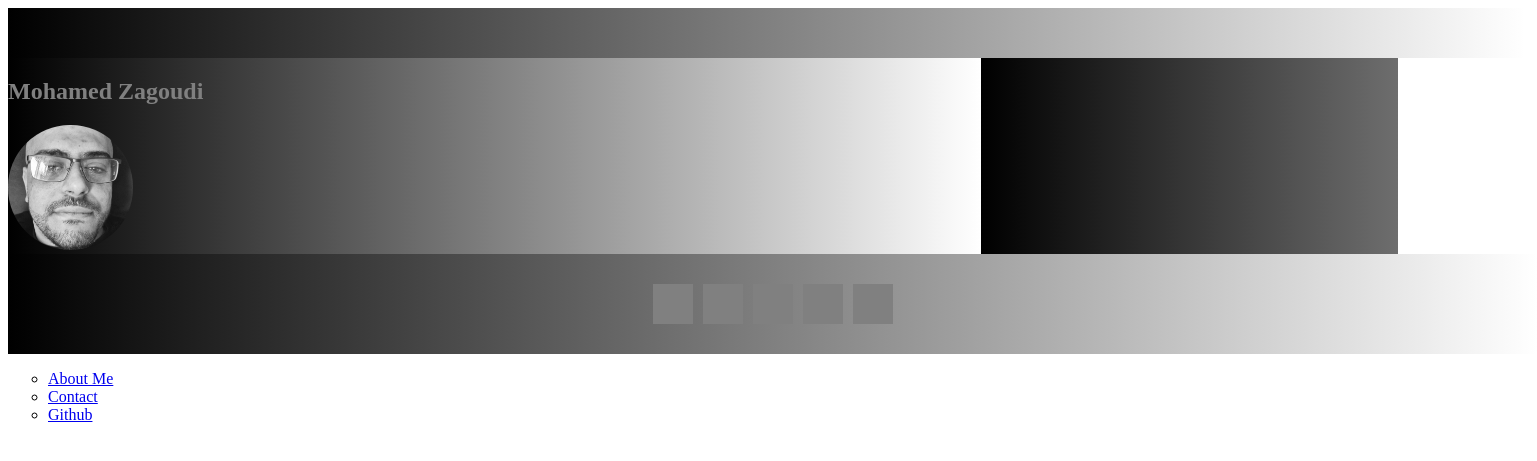
Repository: Mohzagou/Eersteportofolio
Page: index.html
An editor plug-in stored every save of this project. The page is shown before and after the next save, followed by the edit.
The browser window is 1280 px wide. The page is 1537 px wide, so the pictures cover 1537 px, including what lies to the right of the window. The pictures show the whole page.

Above is the page before, as saved 2022-06-07 22:47:25.

### index.html
<!DOCTYPE html>


<head>
    <link rel="stylesheet" href="styles.css" />
    <meta charset="UTF-8">

    <title>Document</title>
</head>

<body>

    <header></header>
    <div class="about-me">
        <h2 id="name">Mohamed Zagoudi</h2>
        <img class="avatar" src="images/67gwzvy.jpeg" alt="Mohamed Zagoudi headshot">


        <section>
            <div class="test"></div>
            <div class="test"></div>
            <div class="test"></div>
            <div class="test"></div>
            <div class="test"></div>
        </section>
        <footer>
            <ul style="list-style-type: circle ">
                <li><a href=" ">About Me</a></li>
                <li><a href=" ">Contact</a></li>
                <li><a href="https://github.com/Mohzagou ">Github</a></li>

            </ul>

        </footer>



</body>



</html>

### styles.css
body {
    display: flex;
    flex-direction: column;
}

header {
    width: 120%;
    height: 50px;
    background-image: linear-gradient(to right, black, grey, white);
    /*background-color: rgb(113, 74, 145);*/
}

section {
    width: 110%;
    height: 100px;
    background-image: linear-gradient(to right, black, grey, white);
    background-color: #234def;
    display: flex;
    align-items: center;
    justify-content: center;
}

.about-me {
    width: 110%;
    height: 200px;
    background-image: repeating-linear-gradient(to right, black, grey, white 70%);
    /*background-color: rgb(177, 69, 21, 0.8);*/
    /*margin: 10px 0 10px 0;
    border: solid black 10px;
    border-radius: 15px;*/
}

.avatar {
    width: 125px;
    border-radius: 62px;
}

#name {
    color: grey;
}

.test {
    width: 40px;
    height: 40px;
    background-color: grey;
    margin: 5px;
}

After the next save:
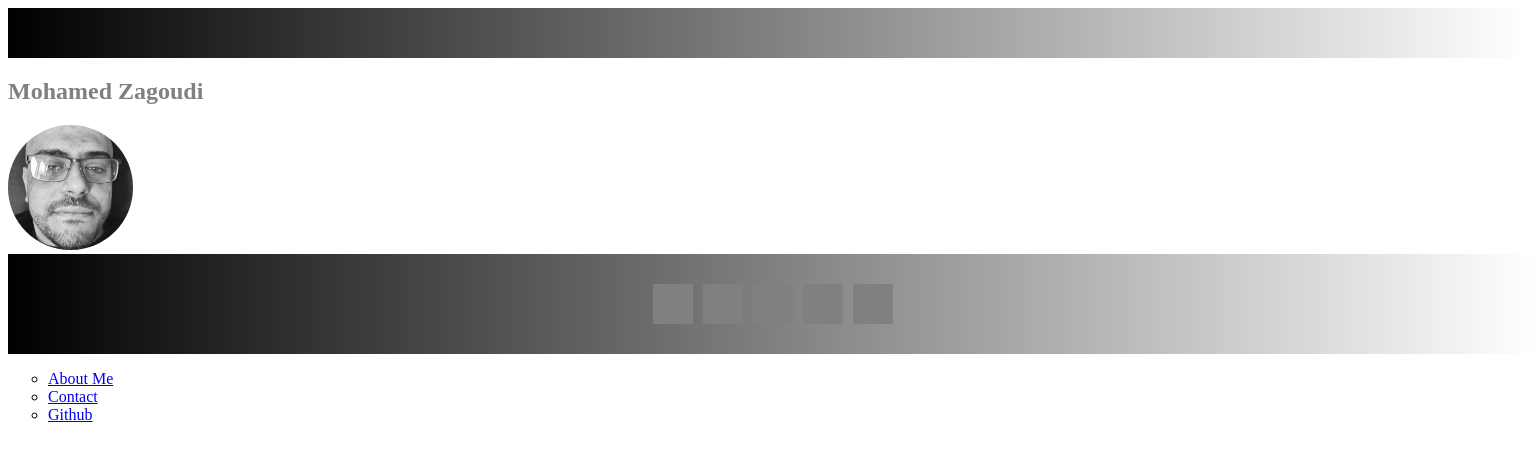
Saved 8 s later.
--- a/styles.css
+++ b/styles.css
@@ -23,7 +23,7 @@ section {
 .about-me {
     width: 110%;
     height: 200px;
-    background-image: repeating-linear-gradient(to right, black, grey, white 70%);
+    background-image: repeating-linear-gradient(to right, black, grey, white 340ß0%);
     /*background-color: rgb(177, 69, 21, 0.8);*/
     /*margin: 10px 0 10px 0;
     border: solid black 10px;
